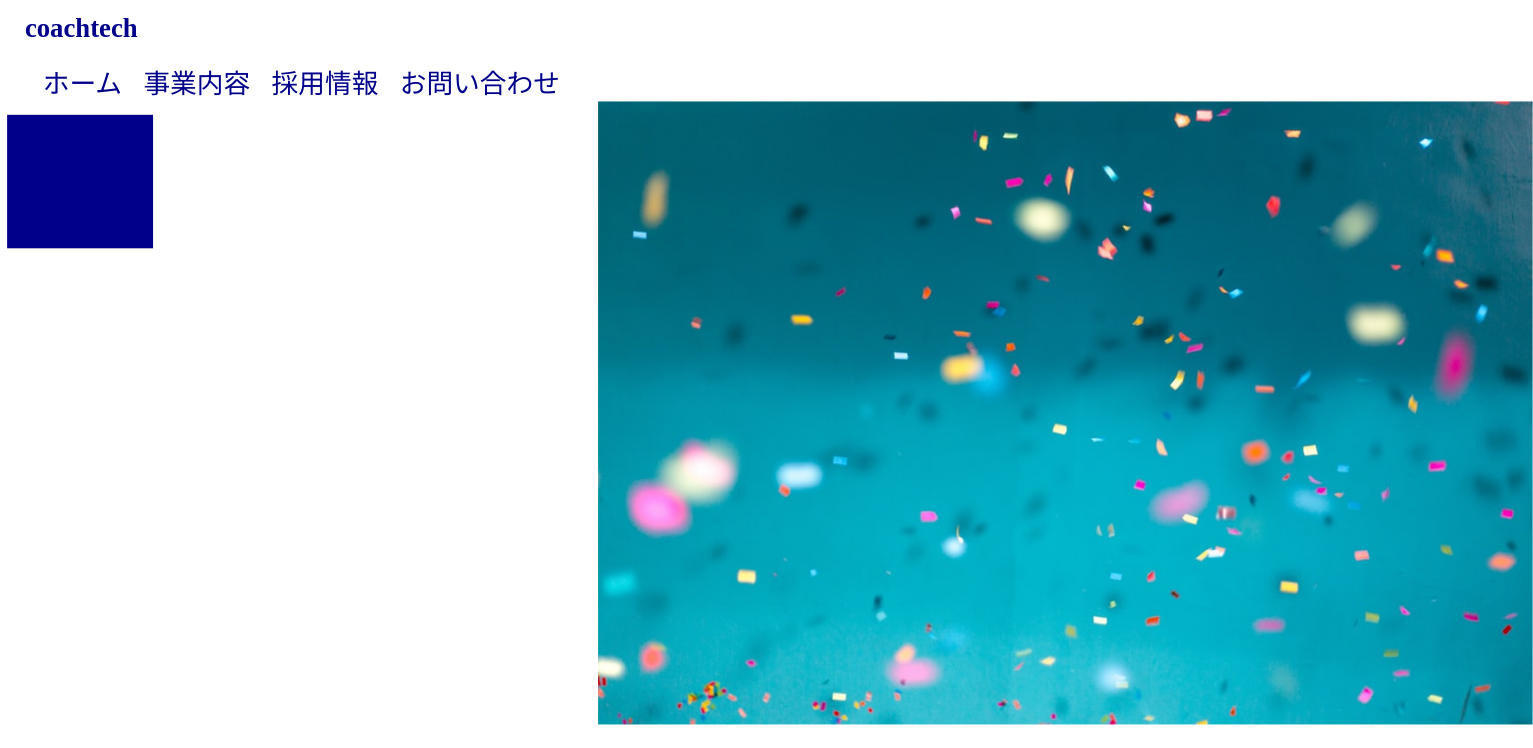
Repository: moro-ayu3/20230213_morohoshi
Page: index.html
These files come from the project's save history. The page is drawn as it stood at one moment and after a run of saves; the edit follows.
The browser window is 1280 px wide. The page is 1722 px wide, so the pictures cover 1722 px, including what lies to the right of the window. The pictures show the whole page, at 89% of full size.

Above is the page before, as saved 2023-02-13 14:29:20.

### index.html
<!DOCTYPE html>
<html lang="ja">

  <head>
    <meta charset="UTF-8" />
    <meta name="viewport" content="width=device-width, initial-scale=1.0" />
    <title>css演習問題</title>
    <link rel="stylesheet" href="./style.css">
  </head>

  <body>
   <header>
    <h1>coachtech</h1>
    <ul>
    <li>ホーム</li>
    <li>事業内容</li>
    <li>採用情報</li>
    <li>お問い合わせ</li>
   </ul>
   </header>
   <main>
    <div class="flex">
     <p>毎日を笑顔に</p>
     <div class="relative img">
      <img src="img/firstview.jpeg" alt="firstview">
     </div>
     <div class="absolute blue-box"></div>
    </div>
   </main>
  </body>

</html>

### style.css
h1 {
  color: #00008b;
  font-size: 30px;
  margin-top: 15px;
  margin-left: 20px;
}

li {
  color: #00008b;
  font-size: 30px;
  margin-top: 15px;
  margin-right: 20px;
  text-align: right;
  display: inline;
}

.flex {
  display: flex;
  flex-direction: row-reverse;
}

p {
  color: black;
  font-size: 50px;
}

.relative {
  position: relative;
  bottom: 80px;
  left: 500px;
}

.img {
  width: 100%;
  position: right;
}

.relative {
  position: relative;
  bottom: 15px;
  right: 150px;
}

.blue-box {
  width: 1000px;
  height: 150px;
  background-color: #00008b;
}

After the next 2 saves:
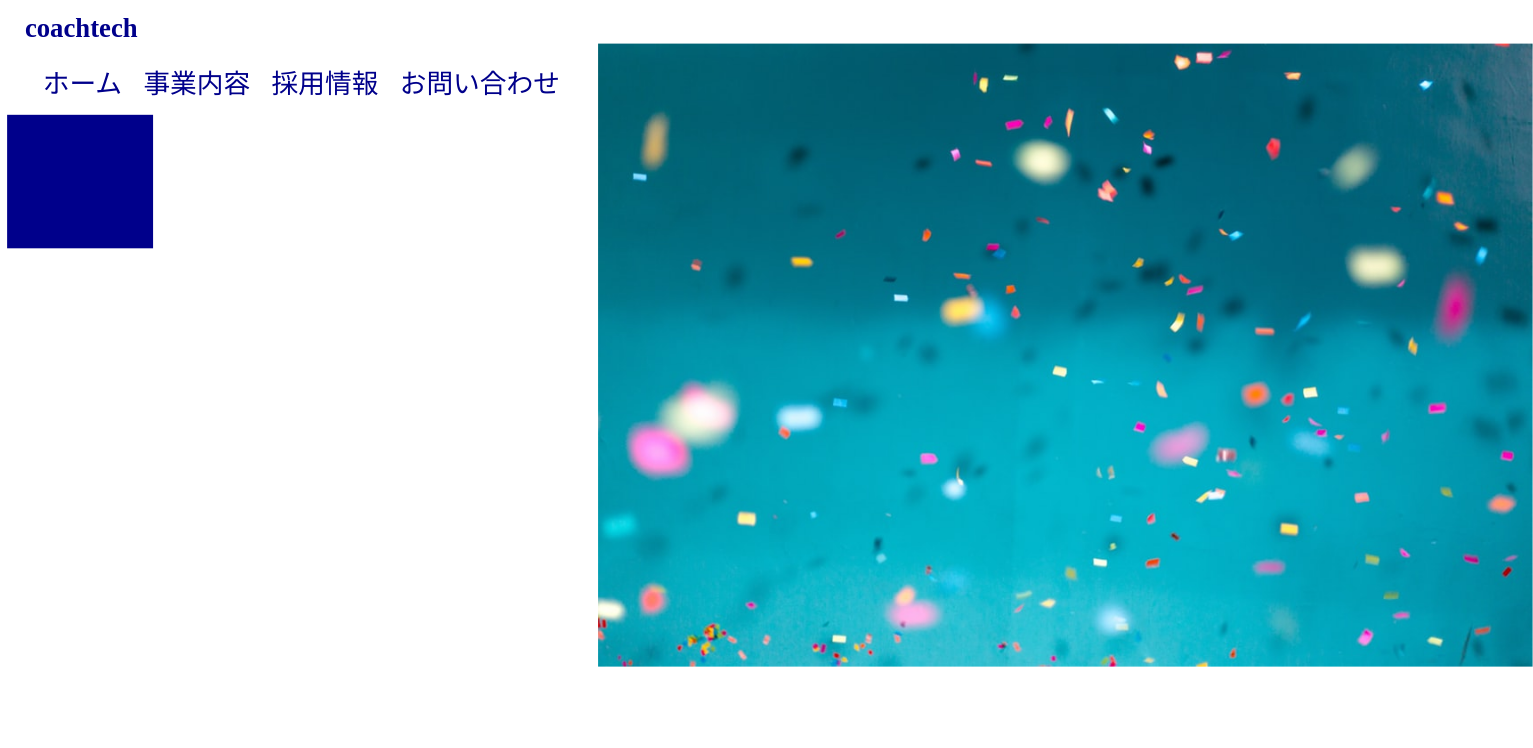
The 2 saves are shown as one change because they came seconds apart.
The last was saved 19 s later.
--- a/style.css
+++ b/style.css
@@ -35,7 +35,7 @@ p {
   position: right;
 }
 
-.relative {
+.ab {
   position: relative;
   bottom: 15px;
   right: 150px;
